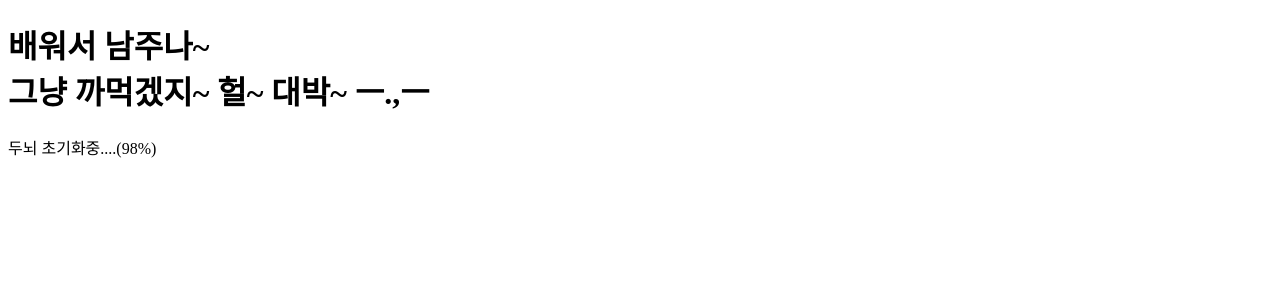
Repository: 10zeroone/study_webbasic
Page: JavaScript/WebContent/task/frameList.html
These files come from the project's save history. The page is drawn as it stood at one moment and after the next save; the edit follows.
The browser window is 1280 px wide. The pictures show the whole page.

Above is the page before, as saved 2014-03-02 23:40:56.

After the next save:
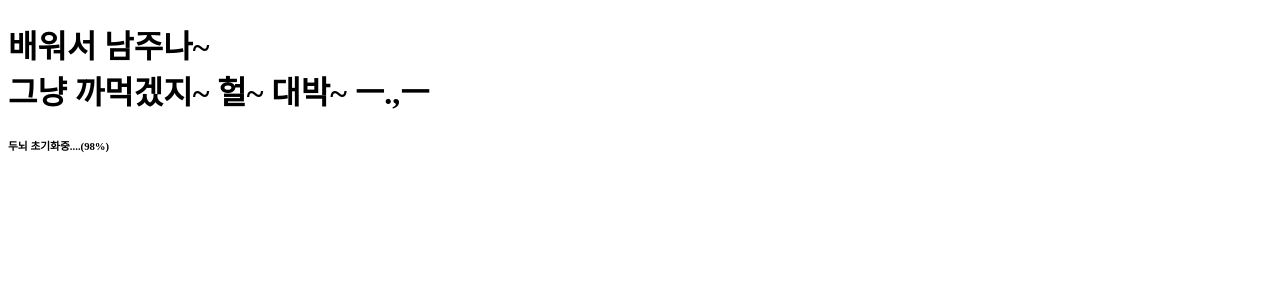
Saved 63 s later.
--- a/JavaScript/WebContent/task/frameList.html
+++ b/JavaScript/WebContent/task/frameList.html
@@ -6,7 +6,7 @@
 </head>
 <body>
 
-  <h1>배워서 남주나~ <br>그냥 까먹겠지~ 헐~ 대박~  ㅡ.,ㅡ </h1> 두뇌 초기화중....(98%)
+  <h1>배워서 남주나~ <br>그냥 까먹겠지~ 헐~ 대박~  ㅡ.,ㅡ <h6> 두뇌 초기화중....(98%)</h6></h1>
 
 </body>
 </html>
